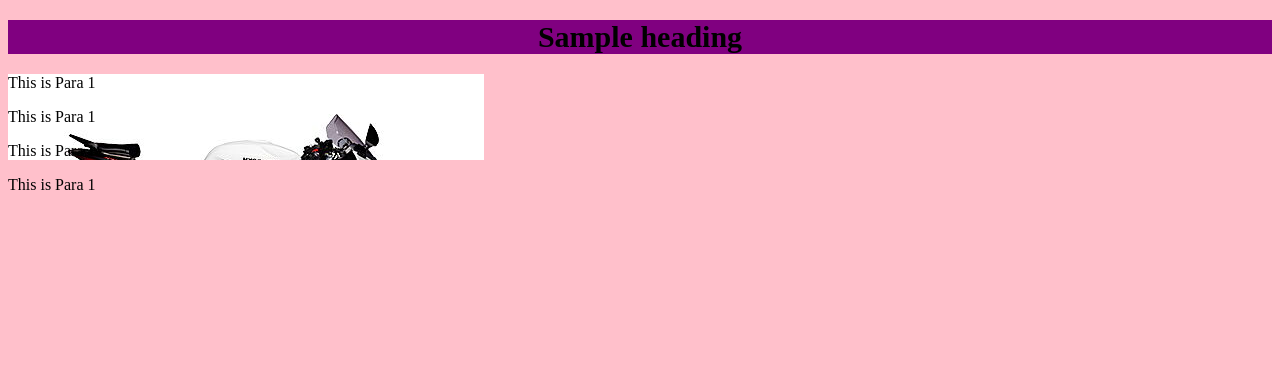
Repository: jbn-aman/wiprobatch1
Page: project/work/html/mywebapp/public/pages/cssdemo/backgrounddemo.html
An editor plug-in stored every save of this project. The page is shown before and after the next save, followed by the edit.
The browser window is 1280 px wide. The pictures show the whole page.

Above is the page before, as saved 2024-04-01 13:10:28.

After the next save:
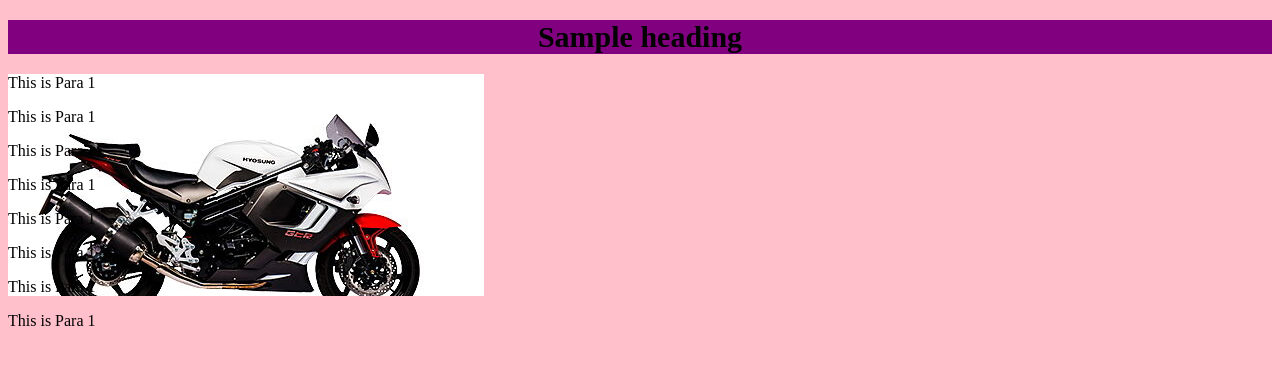
Saved 105 s later.
--- a/project/work/html/mywebapp/public/pages/cssdemo/backgrounddemo.html
+++ b/project/work/html/mywebapp/public/pages/cssdemo/backgrounddemo.html
@@ -30,6 +30,10 @@ h1 {
 	<p>This is Para 1</p>
 	<p>This is Para 1</p>
 	<p>This is Para 1</p>
+	<p>This is Para 1</p>
+	<p>This is Para 1</p>
+	<p>This is Para 1</p>
+	<p>This is Para 1</p>
 	</div>
 
 	<p>This is Para 1</p>
